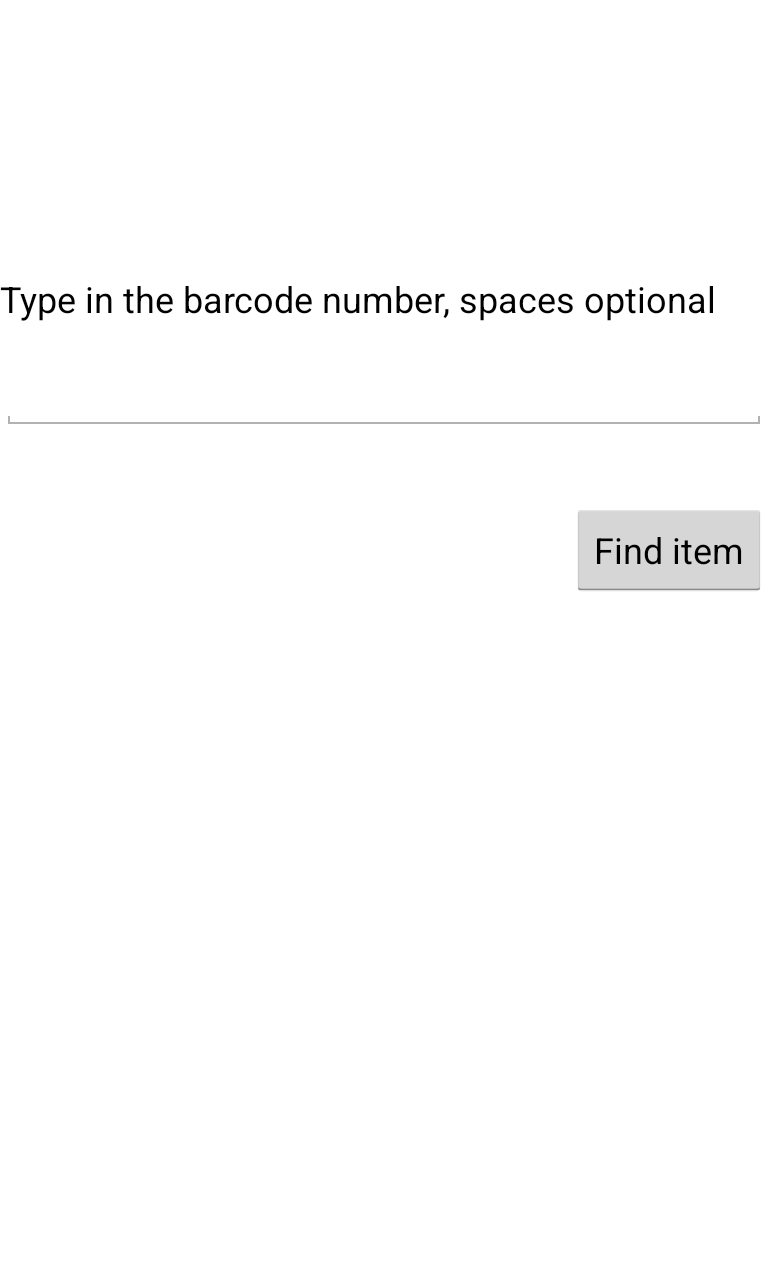
Repository: harvard-lil/wtwba-android-app
Layout: wtwba/res/layout/activity_type_barcode.xml
These files come from the project's save history. The layout is drawn as it stood at one moment and after the next save; the edit follows.
It is drawn on a 768 x 1280 px phone screen (xhdpi) without system bars, with theme AppTheme; the app's code is not run.

Above is the layout before, as saved 2013-03-20 16:36:35.

### wtwba/res/layout/activity_type_barcode.xml
<?xml version="1.0" encoding="utf-8"?>

<LinearLayout xmlns:android="http://schemas.android.com/apk/res/android"
    xmlns:tools="http://schemas.android.com/tools"
    android:layout_width="match_parent"
    android:layout_height="match_parent"
    android:layout_margin="15dip"
    android:orientation="vertical"
    >
    <!--  ios background is b4e8ff -->
    <ImageView
            android:id="@+id/barcode_example"
            android:layout_width="280dp"
            android:layout_marginTop="15dip"
        	android:layout_marginBottom="15dip"
            android:layout_height="92dp"
            android:layout_gravity="center"
        	/>

    <TextView
        android:layout_width="fill_parent"
        android:layout_height="wrap_content"
        android:layout_marginTop="15dip"
        android:layout_marginBottom="15dip"
        android:textAppearance="?android:attr/textAppearanceMedium"
        android:text="@string/type_barcode_instructions"
         />

    <EditText android:id="@+id/barcode"
        android:layout_width="fill_parent"
        android:layout_height="wrap_content"
        android:layout_marginBottom="35dip"
        android:layout_gravity="right"
        android:textColor="#9900FF"

        android:inputType="text" />

    <Button
        android:layout_width="wrap_content"
        android:layout_height="wrap_content"
        android:layout_gravity="right"
        android:text="@string/button_type"
        android:onClick="submitBarcode" />
</LinearLayout>

### wtwba/res/values/strings.xml
<?xml version="1.0" encoding="utf-8"?>
<resources>

    <string name="app_name">wtwba</string>
    <string name="main_activity_title">Where the Wild Books Are</string>
    <string name="activity_item_details_title">Wild Books</string>
    <string name="activity_scan_title">Wild Books</string>
    <string name="activity_manage_user_title">Manage user key</string>
    <string name="activity_type_barcode_title">Add item using fingers</string>
    <string name="activity_location_title">Select your current location</string>
    <string name="item_found_title">Yeehaw! We added your item</string>
    <string name="scan_error_title">Something went wrong</string>
    <string name="user_name_box_label">Enter your assigned user key</string>
    <string name="edit_message">Enter a message</string>
    <string name="loading_message">Loading</string>


    <string name="button_confirm_delete">Delete from list</string>
    <string name="button_scan_item">Scan barcode</string>
    <string name="button_key_item">Type barcode</string>
    <string name="activity_delete_title">Delete from list</string>

    <string name="button_scan">Scan</string>
    <string name="button_type">Find item</string>
    <string name="button_item_confrim">Return home</string>
    <string name="button_add">Add to list</string>
    <string name="button_save_user_name">Save user key</string>
    <string name="menu_settings">Settings</string>
    <string name="scan_error">Something went wrong when when I tried to add the item. Sorry. Can you give it a try again?</string>
    <string name="title_activity_main">MainActivity</string>
    <string name="type_barcode_instructions">Type in the barcode number, spaces optional</string>
    <string name="hello_world">Hello world!</string>
    <string name="title_holder">Sample Title Here</string>
    <string name="connection_error">Unable to connect to network</string>
    <string name="title_activity_display_message">DisplayMessageActivity</string>
    <string name="empty_list">You haven\'t added any items.</string>

</resources>

Loaded but not shown: wtwba/res/values-v11/styles.xml (common file); wtwba/res/values-v14/styles.xml (common file); wtwba/res/values/styles.xml (common file)

After the next save:
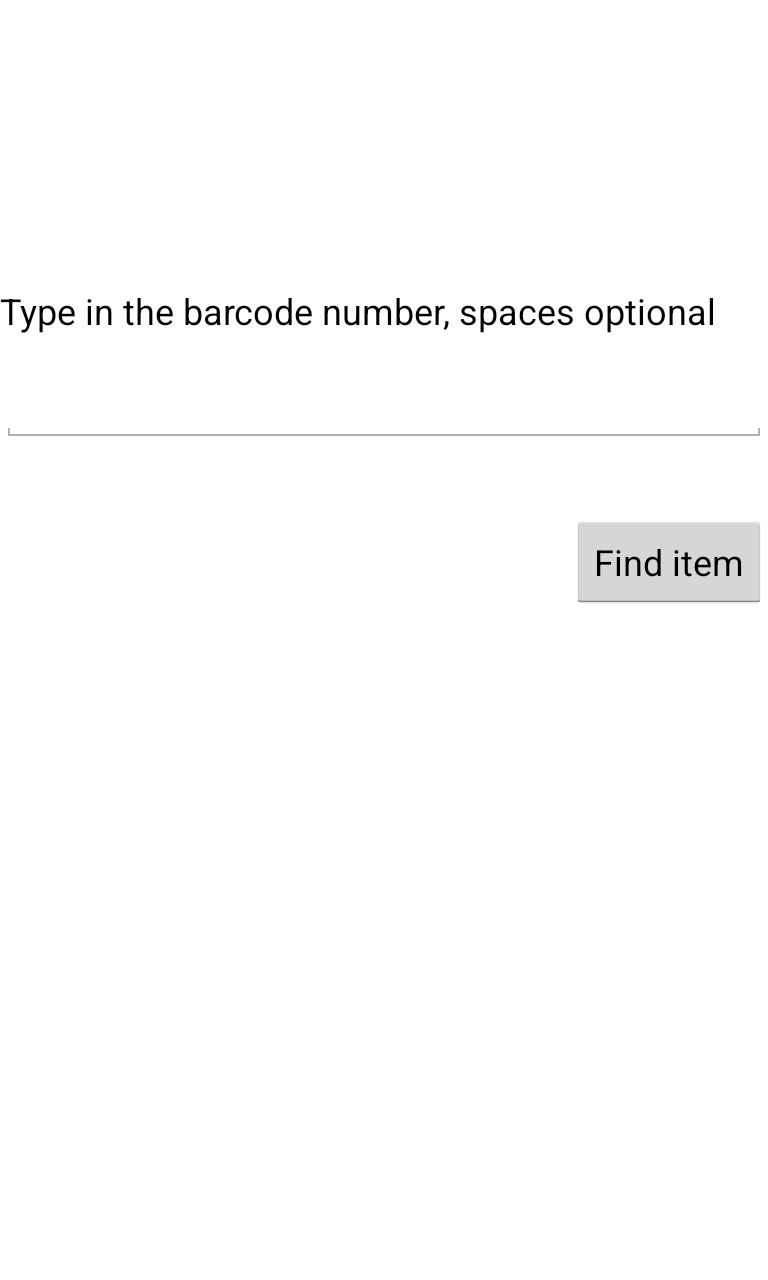
Saved 35 s later.
--- a/wtwba/res/layout/activity_type_barcode.xml
+++ b/wtwba/res/layout/activity_type_barcode.xml
@@ -13,7 +13,7 @@
             android:layout_width="280dp"
             android:layout_marginTop="15dip"
         	android:layout_marginBottom="15dip"
-            android:layout_height="92dp"
+            android:layout_height="98dp"
             android:layout_gravity="center"
         	/>
 
